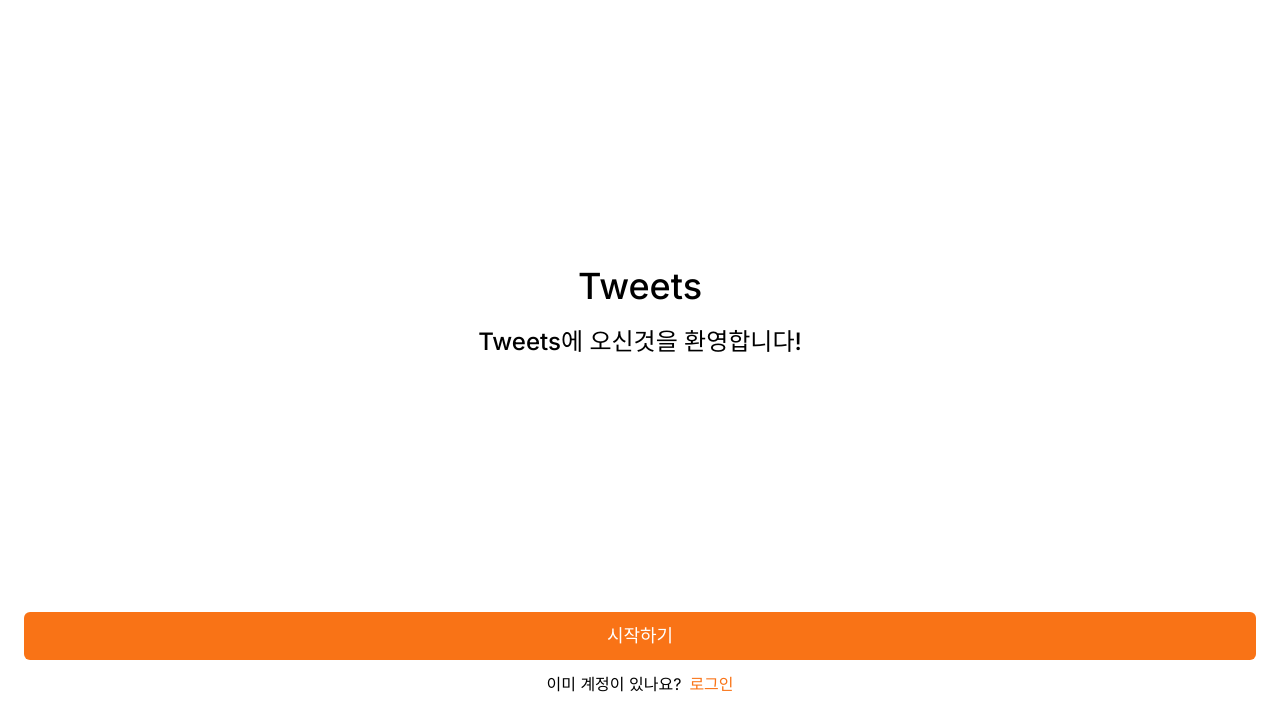
Repository: ParkSeokgyu/tweets
Page: /
An editor plug-in stored every save of this project. The page is shown before and after the next save, followed by the edit.
The browser window is 1280 px wide. The pictures show the whole page.
The project was rebuilt for these pictures with package versions that can differ from the ones it lists, and the page was loaded fresh each time. The framework's server and built-in components were replaced by stand-ins that run in the browser. Also part of the build but not shown: next.config.mjs.

Above is the page before, as saved 2024-08-24 03:39:04.

After the next save:
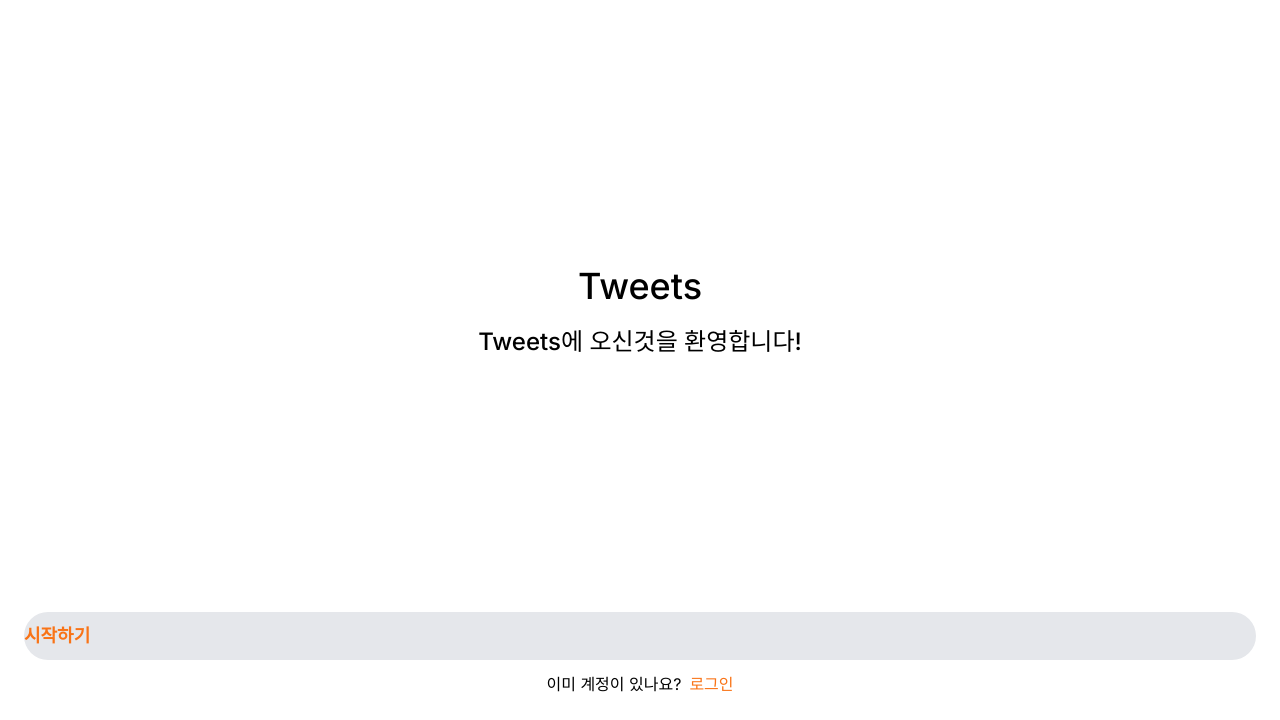
Saved 10 min 55 s later.
--- a/app/globals.css
+++ b/app/globals.css
@@ -7,6 +7,11 @@
     @apply text-orange-500 underline-offset-4;
   }
   .primary-btn {
-    @apply w-full bg-orange-500 text-white font-medium rounded-md text-center hover:bg-orange-400 transition-colors;
+    @apply h-12 disabled:bg-neutral-400 disabled:text-neutral-200 disabled:cursor-not-allowed w-full bg-gray-200 font-bold rounded-full hover:bg-gray-300 active:scale-90 transition-transform;
   }
 }
+
+
+/* h-12 disabled:bg-neutral-400 disabled:text-neutral-200 disabled:cursor-not-allowed w-full bg-gray-200 font-bold rounded-full hover:bg-gray-300 active:scale-90 transition-transform" */
+
+/* w-full bg-gray-200 disabled:text-neutral-200 font-bold rounded-full text-center  */
